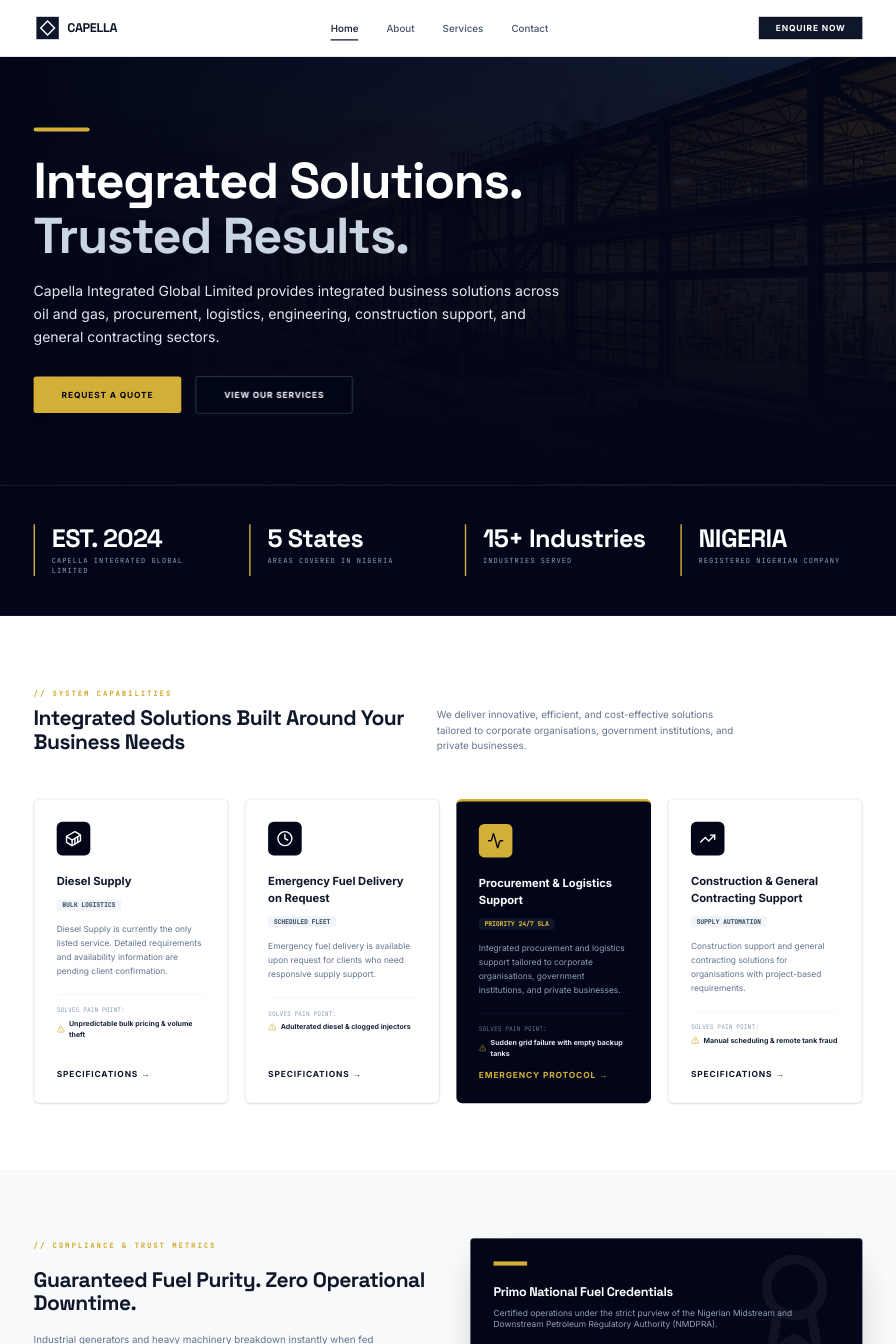
Repository: Jessic-asomugha/primo
Page: /
The author's editor kept a copy of each file at every save. The page is drawn from the files as they stood at one save, then again after the next save.
The browser window is 1280 px wide. The pictures show the part of the page from y = 0 to 1920 px (the page is 3981 px tall), at 70% of full size.
The project was rebuilt for these pictures with package versions that can differ from the ones it lists, and the page was loaded fresh each time. Also part of the build but not shown: vite.config.ts, src/components/AboutView.tsx, src/components/ServicesView.tsx, src/components/ContactView.tsx, src/components/EnquiryView.tsx.

Above is the page before, as saved 2026-07-31 11:42:01.

After the next save:
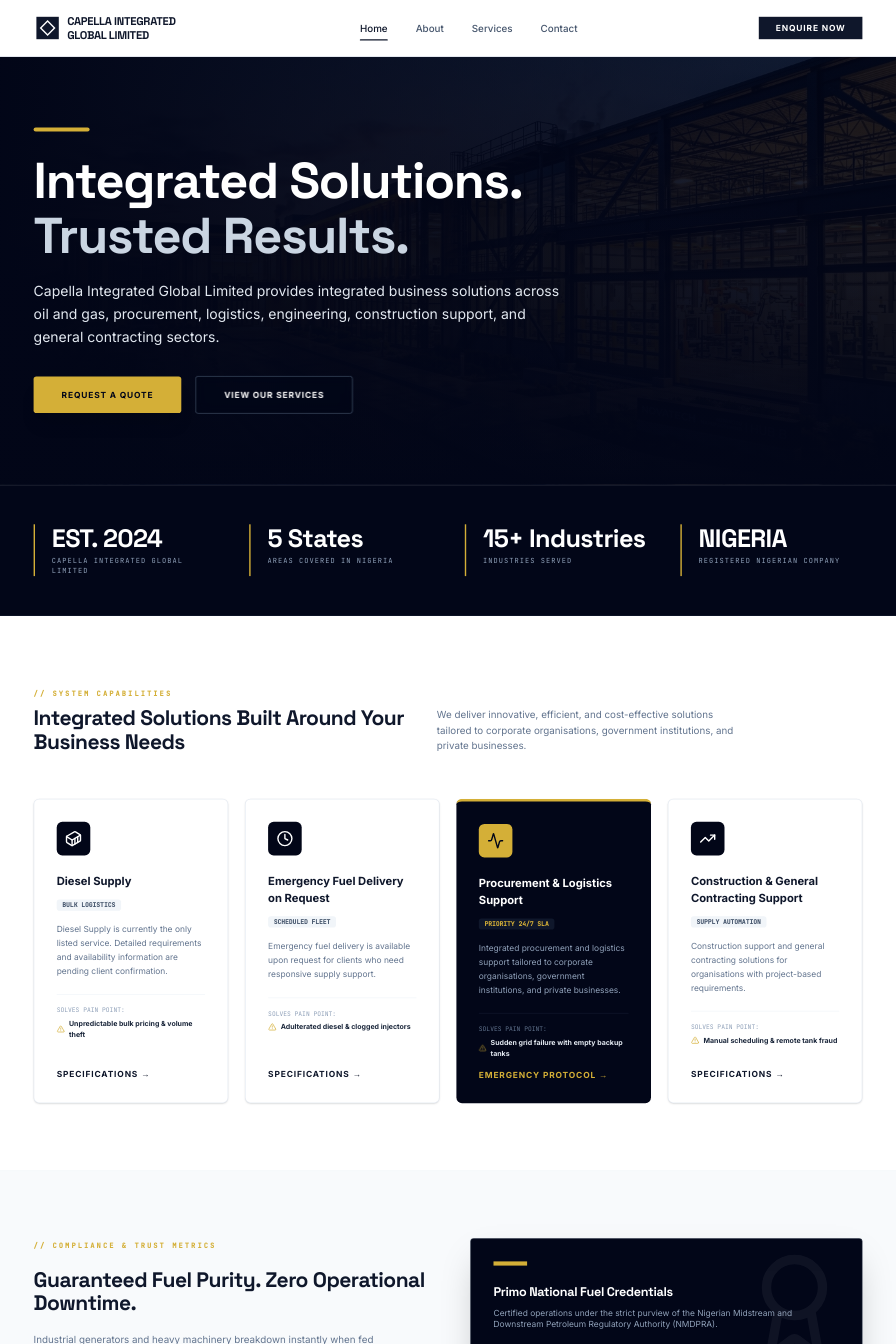
Saved 7 s later.
--- a/src/components/Header.tsx
+++ b/src/components/Header.tsx
@@ -41,8 +41,8 @@ export default function Header({ currentView, setView }: HeaderProps) {
             <div className="w-4 h-4 border-2 border-white transform rotate-45"></div>
           </div>
           <div>
-            <span className="text-display block text-lg font-extrabold tracking-tight text-slate-900 uppercase">
-              CAPELLA
+            <span className="text-display block text-sm sm:text-base font-extrabold tracking-tight text-slate-900 uppercase leading-tight">
+              CAPELLA INTEGRATED<br />GLOBAL LIMITED
             </span>
           </div>
         </button>
